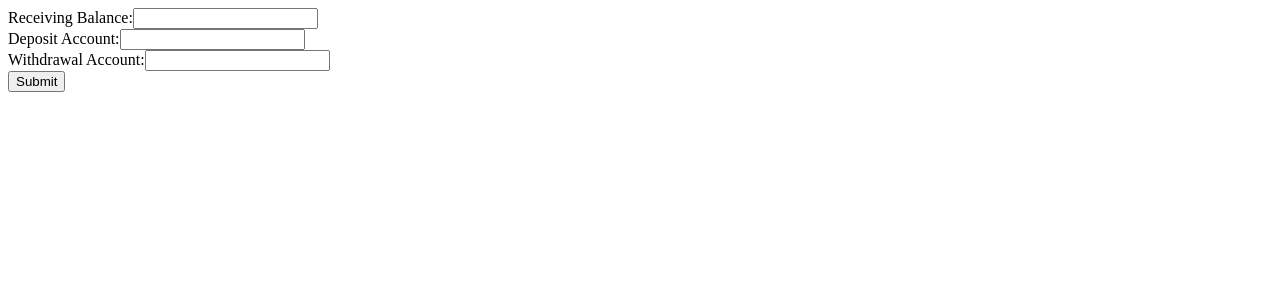
Repository: mawewatistel/PetitioningSystem
Page: bankaccount/WebContent/index.html
An editor plug-in stored every save of this project. The page is shown before and after the next save, followed by the edit.
The browser window is 1280 px wide. The pictures show the whole page.

Above is the page before, as saved 2016-05-12 04:37:10.

### bankaccount/WebContent/index.html
<!DOCTYPE html>
<html>
<head>
<meta charset="ISO-8859-1">
<title>Insert title here</title>
</head>
<body>
<form action=ControllerServlet method="post">
Receiving Balance:<input type="text" name="rbalance"><br>
Deposit Account:<input type="password" name="daccount"><br>
Withdrawal Account:<input type="text" name="waccount"><br>
<input type="submit" value="Submit">
</form>
</body>
</html>

After the next save:
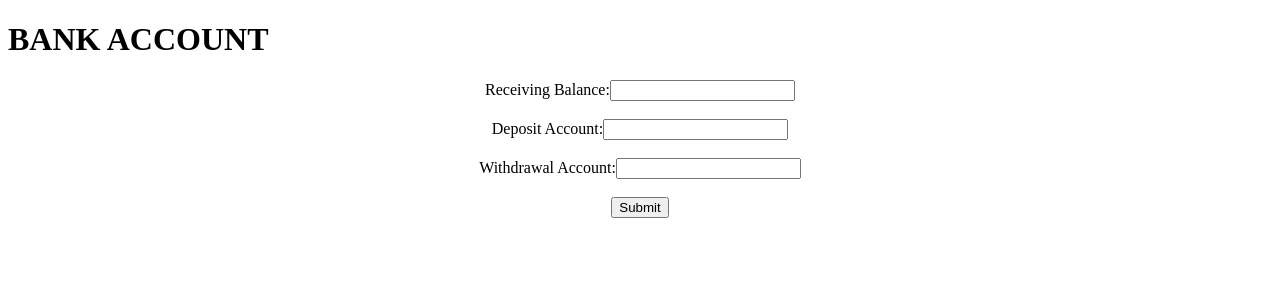
Saved 3 min 12 s later.
--- a/bankaccount/WebContent/index.html
+++ b/bankaccount/WebContent/index.html
@@ -5,11 +5,12 @@
 <title>Insert title here</title>
 </head>
 <body>
-<form action=ControllerServlet method="post">
-Receiving Balance:<input type="text" name="rbalance"><br>
-Deposit Account:<input type="password" name="daccount"><br>
-Withdrawal Account:<input type="text" name="waccount"><br>
-<input type="submit" value="Submit">
+<form action="ControllerServlet" method="post">
+<ceter><h1> BANK ACCOUNT </h1></ceter>
+<center>Receiving Balance:<input type="text" name="rbalance"></center><br>
+<center>Deposit Account:<input type="password" name="daccount"></center><br>
+<center>Withdrawal Account:<input type="text" name="waccount"></center><br>
+<center><input type="submit" value="Submit">  </center>
 </form>
 </body>
 </html>
